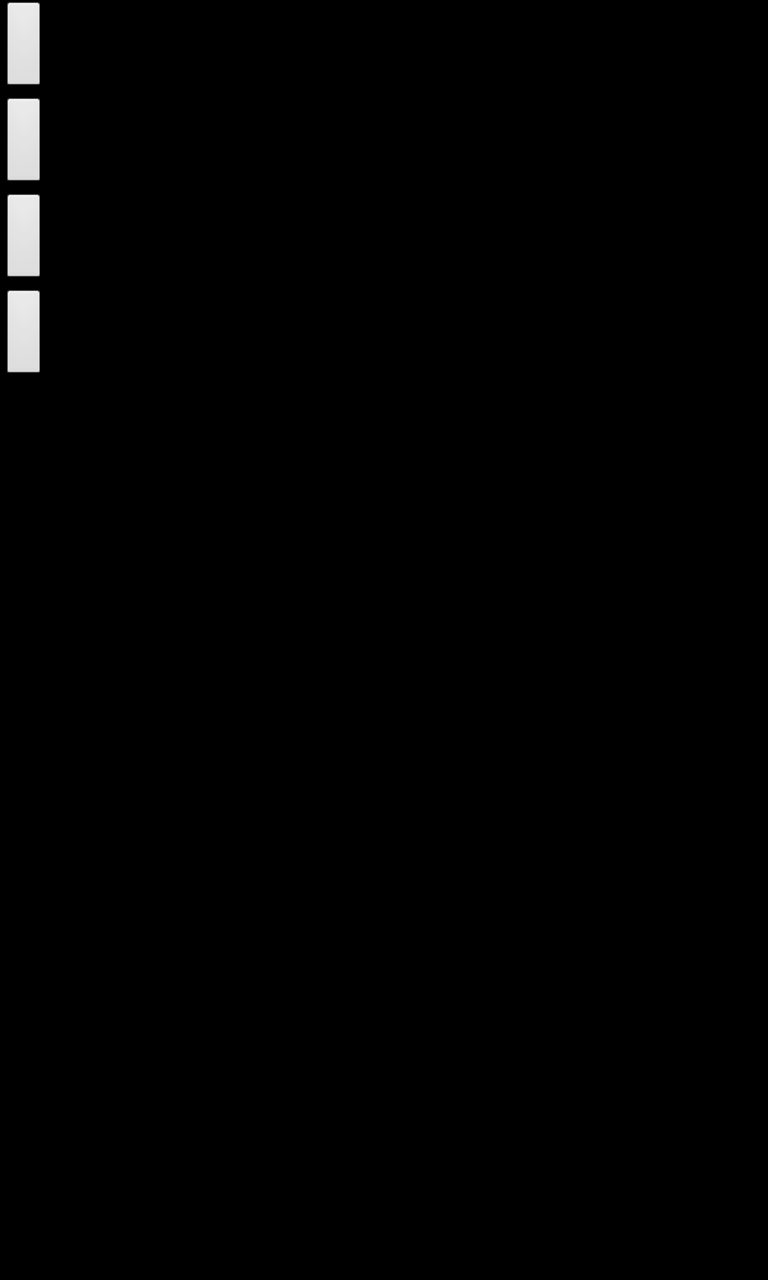
Repository: simplesns/workspace
Layout: eclipse/DEPuzzles/res/layout/dialog_crosswords_clear.xml
The author's editor kept a copy of each file at every save. The layout is drawn from the files as they stood at one save, then again after the next save.
It is drawn on a 768 x 1280 px phone screen (xhdpi) without system bars, with theme android:Theme; the app's code is not run.

Above is the layout before, as saved 2011-01-28 06:51:26.

### eclipse/DEPuzzles/res/layout/dialog_crosswords_clear.xml
<?xml version="1.0" encoding="utf-8"?>
<LinearLayout
  xmlns:android="http://schemas.android.com/apk/res/android"
  android:layout_width="wrap_content" android:layout_height="wrap_content" android:orientation="vertical">
<Button android:text="@+id/Button01" android:id="@+id/Button01" android:layout_width="wrap_content" android:layout_height="wrap_content"></Button>
<Button android:text="@+id/Button04" android:id="@+id/Button04" android:layout_width="wrap_content" android:layout_height="wrap_content"></Button><Button android:text="@+id/Button03" android:id="@+id/Button03" android:layout_width="wrap_content" android:layout_height="wrap_content"></Button><Button android:text="@+id/Button02" android:id="@+id/Button02" android:layout_width="wrap_content" android:layout_height="wrap_content"></Button>


</LinearLayout>

After the next save:
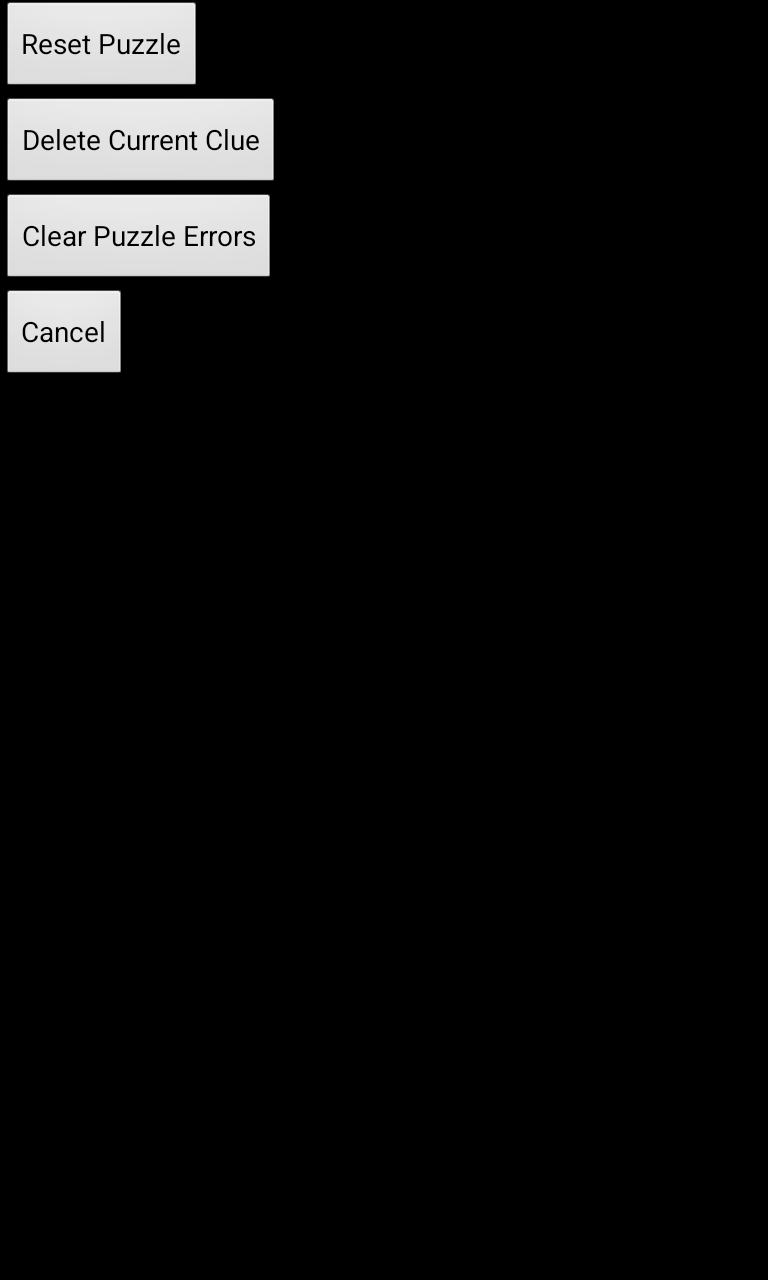
Saved 41 s later.
--- a/eclipse/DEPuzzles/res/layout/dialog_crosswords_clear.xml
+++ b/eclipse/DEPuzzles/res/layout/dialog_crosswords_clear.xml
@@ -2,8 +2,8 @@
 <LinearLayout
   xmlns:android="http://schemas.android.com/apk/res/android"
   android:layout_width="wrap_content" android:layout_height="wrap_content" android:orientation="vertical">
-<Button android:text="@+id/Button01" android:id="@+id/Button01" android:layout_width="wrap_content" android:layout_height="wrap_content"></Button>
-<Button android:text="@+id/Button04" android:id="@+id/Button04" android:layout_width="wrap_content" android:layout_height="wrap_content"></Button><Button android:text="@+id/Button03" android:id="@+id/Button03" android:layout_width="wrap_content" android:layout_height="wrap_content"></Button><Button android:text="@+id/Button02" android:id="@+id/Button02" android:layout_width="wrap_content" android:layout_height="wrap_content"></Button>
+<Button android:id="@+id/Button01" android:layout_width="wrap_content" android:layout_height="wrap_content" android:text="Reset Puzzle"></Button>
+<Button android:id="@+id/Button04" android:layout_width="wrap_content" android:layout_height="wrap_content" android:text="Delete Current Clue"></Button><Button android:id="@+id/Button03" android:layout_width="wrap_content" android:layout_height="wrap_content" android:text="Clear Puzzle Errors"></Button><Button android:id="@+id/Button02" android:layout_width="wrap_content" android:layout_height="wrap_content" android:text="Cancel"></Button>
 
 
 </LinearLayout>
